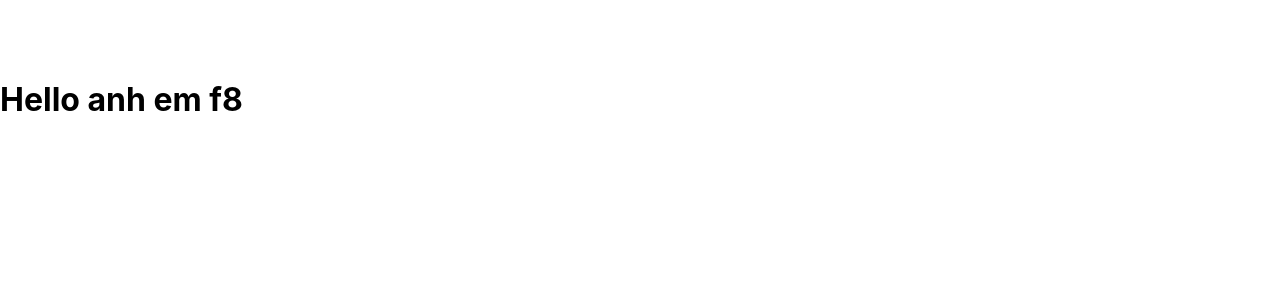
Repository: manhhieu120499/BadmintonShop
Page: /
The author's editor kept a copy of each file at every save. The page is drawn from the files as they stood at one save, then again after the next save.
The browser window is 1280 px wide. The pictures show the whole page.
The project was rebuilt for these pictures with package versions that can differ from the ones it lists, and the page was loaded fresh each time.

Above is the page before, as saved 2024-08-18 17:23:50.

After the next save:
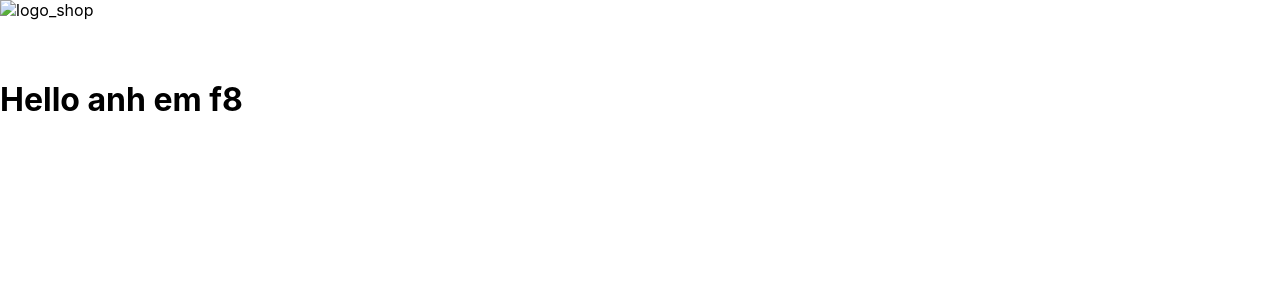
Saved 34 s later.
--- a/src/layouts/components/Header/Header.js
+++ b/src/layouts/components/Header/Header.js
@@ -1,9 +1,14 @@
 import classNames from 'classnames/bind';
 import styles from './Header.module.scss';
+import images from '../../../assets/images';
 
 const cx = classNames.bind(styles);
 function Header() {
-	return <div className={cx('wrapper')}></div>;
+	return (
+		<div className={cx('wrapper')}>
+			<img src={images.logo} alt="logo_shop" />
+		</div>
+	);
 }
 
 export default Header;
